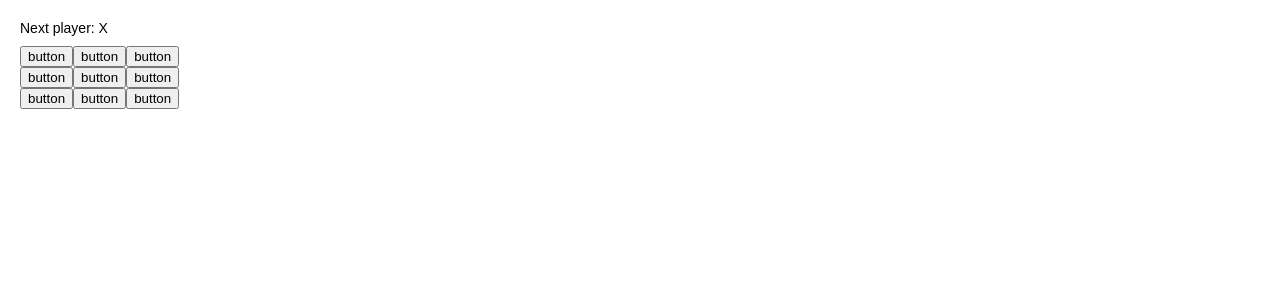
Repository: lulukada/React-Typescript-study
Page: / (app in React学习1/my-app/)
The author's editor kept a copy of each file at every save. The page is drawn from the files as they stood at one save, then again after the next save.
The browser window is 1280 px wide. The pictures show the whole page.
The project was rebuilt for these pictures with package versions that can differ from the ones it lists, and the page was loaded fresh each time.

Above is the page before, as saved 2022-05-05 20:10:36.

After the next save:
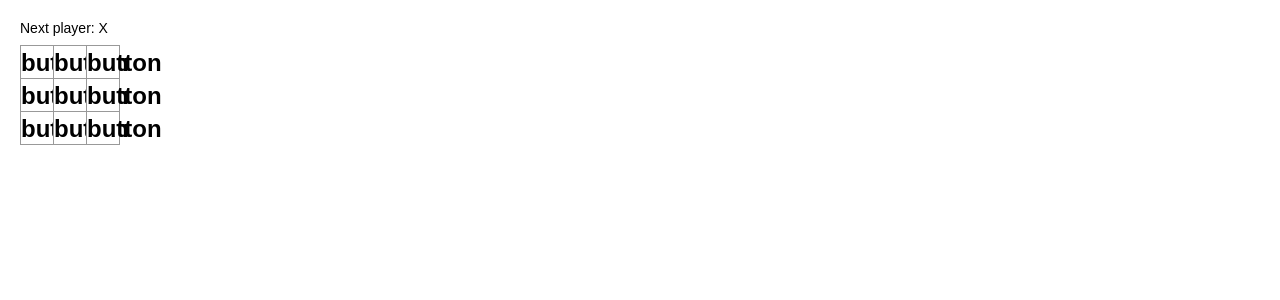
Saved 10 s later.
--- a/React学习1/my-app/src/index.js
+++ b/React学习1/my-app/src/index.js
@@ -42,7 +42,7 @@ import './index.css';
 function Square(props) {
     return (
 
-        <button type="button" class="btn btn-default">button</button>
+        <button className='square'>button</button>
 
     )
 }
